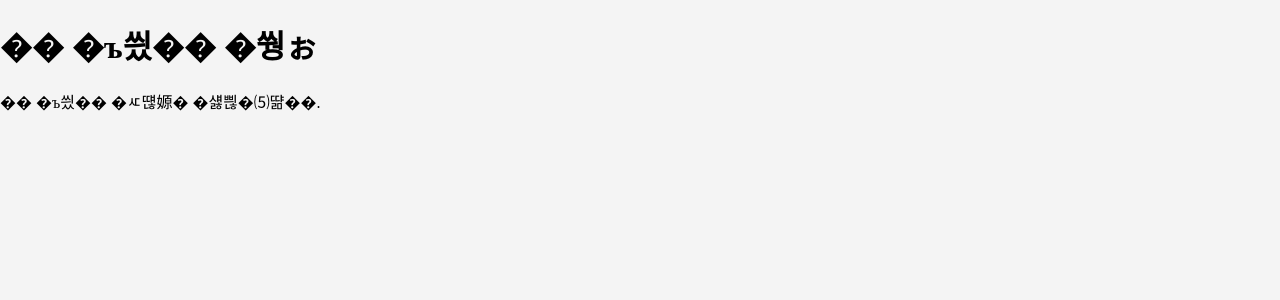
Repository: saahhh/springBoot_workspace
Page: springTestProject-1/src/main/resources/static/Header.html
The author's editor kept a copy of each file at every save. The page is drawn from the files as they stood at one save, then again after the next save.
The browser window is 1280 px wide. The pictures show the whole page.

Above is the page before, as saved 2023-11-21 05:25:18.

### springTestProject-1/src/main/resources/static/Header.html
<!DOCTYPE html>
<html>
	<head>
		<meta charset="EUC-KR">
		<title>머릿말</title>
	</head>
	<body>
		<style>
			body{
				margin:0;
				padding:0;
				background-color: #f4f4f4;
			}
		</style>
		<h1>웹 사이트 제목</h1>
		<p>웹 사이트 오신걸 환영합니다.</p>
	</body>
</html>

After the next save:
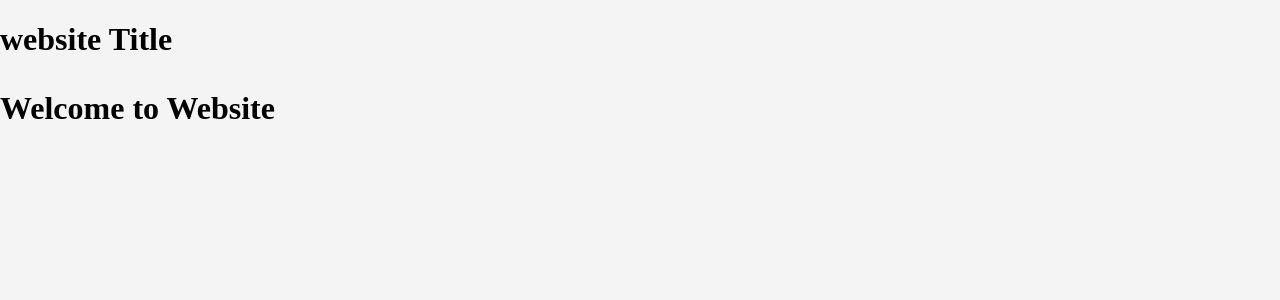
Saved 3 min 59 s later.
--- a/springTestProject-1/src/main/resources/static/Header.html
+++ b/springTestProject-1/src/main/resources/static/Header.html
@@ -12,7 +12,7 @@
 				background-color: #f4f4f4;
 			}
 		</style>
-		<h1>웹 사이트 제목</h1>
-		<p>웹 사이트 오신걸 환영합니다.</p>
+		<h1> website Title <h1>
+		<p>Welcome to Website</p>
 	</body>
 </html>
